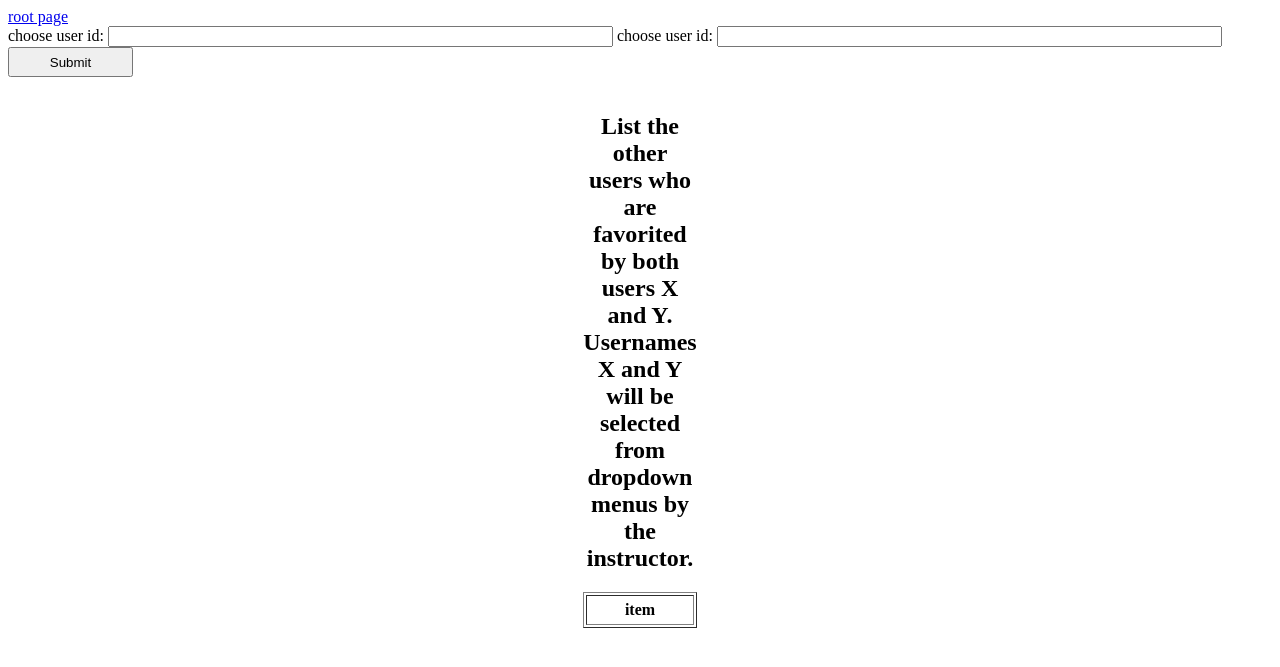
Repository: HamdanM/DatabaseProject
Page: http://localhost/DB3/Displaynum5.jsp
These files come from the project's save history. The page is drawn as it stood at one moment and after the next save; the edit follows.
The browser window is 1280 px wide. The pictures show the whole page.
The page is served by Tomcat 9.

Above is the page before, as saved 2019-07-28 03:41:27.

After the next save:
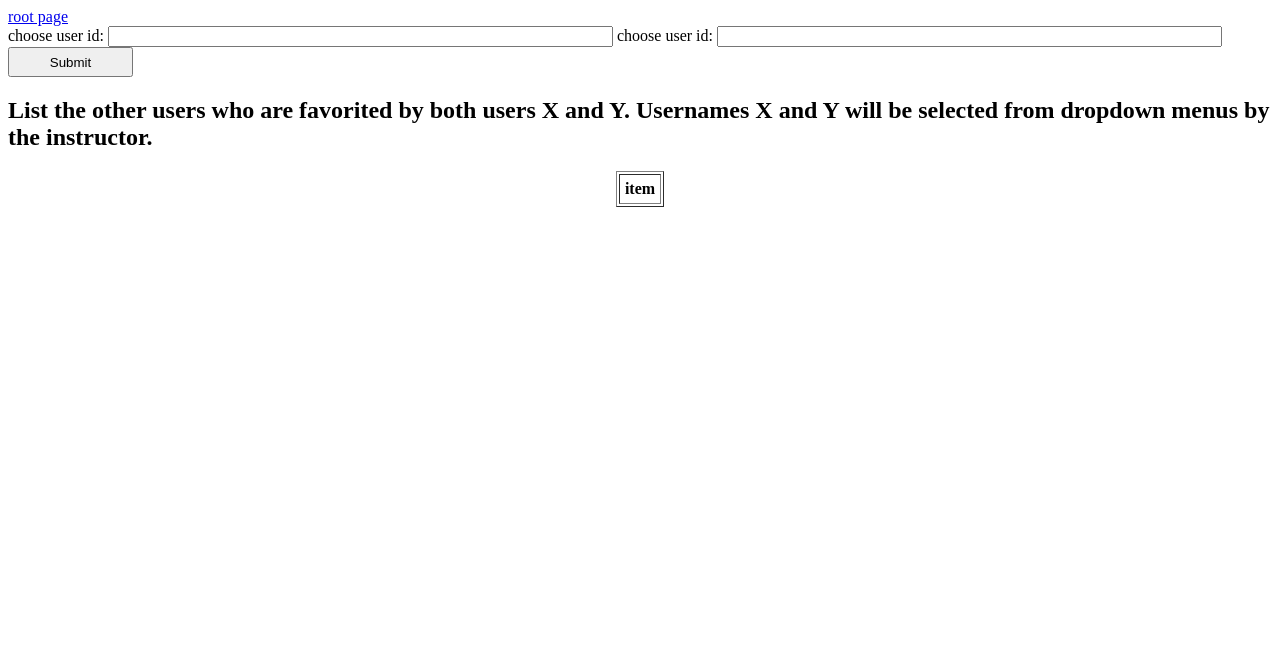
Saved 40 s later.
--- a/DB3/WebContent/Displaynum5.jsp
+++ b/DB3/WebContent/Displaynum5.jsp
@@ -24,11 +24,11 @@
  </form>
 
 
+            <caption><h2>List the other users who are favorited by both users X and Y. Usernames X and Y will be selected from dropdown menus by the instructor.</h2></caption>
 
 
   <div align="center">
         <table border="1" cellpadding="5">
-            <caption><h2>List the other users who are favorited by both users X and Y. Usernames X and Y will be selected from dropdown menus by the instructor.</h2></caption>
             <tr>
 
                 <th>item</th>
